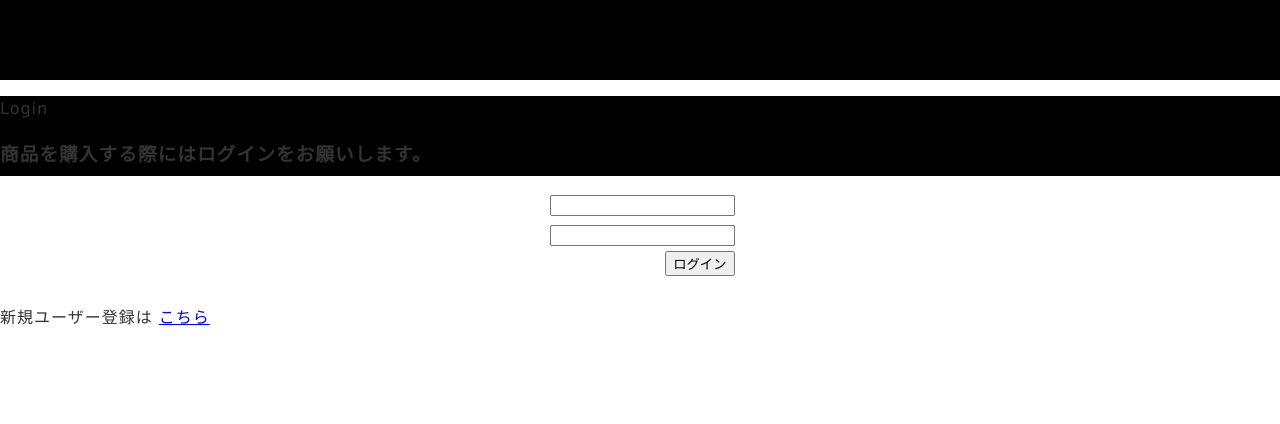
Repository: satoumtzk/test
Page: http://localhost/template/login.jsp
These files come from the project's save history. The page is drawn as it stood at one moment and after the next save; the edit follows.
The browser window is 1280 px wide. The pictures show the whole page.
The page is served by Tomcat 9. Other server files are loaded and not shown.

Above is the page before, as saved 2019-03-13 11:37:48.

### template/WebContent/login.jsp
<%@ page language="java" contentType="text/html; charset=UTF-8"
    pageEncoding="UTF-8"%>
   <%@ taglib prefix="s" uri="/struts-tags"%>
<!DOCTYPE html>
<html>
<head>
<meta http-equiv="Content-Type" content="text/html; charset=UTF-8">
<meta http-equiv="Content-Style-Type" content="text/css">
<meta http-equiv="Content-Script-Type" content="text/javascript"/>
<meta http-equiv="imagetoolbar" content="no"/>
<meta name="description" content=""/>
<meta name="keyword" content=""/>
<title>Login画面</title>

	<style type="text/css">
	/* =======TAG LAYOUT====== */
	body{
	 margin:0;
	 padding:0;
	 line-height:1.6;
	 letter-spacing:1px;
	 font-family:Verdana,Helvetica,sans-serif;
	 fint-size:12px;
	 color:#333;
	 background:#fff;
	 	}

	 table{
	 	text-align:center;
	 	margin:0 auto;
	 	}
/*=========ID LAYOUT======*/
	　#top{
		width:780px;
		margin:30px auto;
		border:1px solid #333;
		}

	#header{
		width:100%;
		height:80px;
		background-color:black;
		}

	 #main{
	 	width:100%;
	 	height:80px;
	 	background-color:black;
	 	clear:both;
	 }
	</style>
</head>
<body>
	<div id="header">
		<div id="pr">
		</div>
	</div>
	<div id="main">
		<div id="top">
		<p>Login</p>
		</div>
		<div>
			<h3>商品を購入する際にはログインをお願いします。</h3>
			<s:form action="LoginAction">
				<s:textfield name="loginUserId"/>
				<s:password name="loginPassword"/>
				<s:submit value="ログイン"/>
			</s:form>
			<br/>

		<div>
			<span>新規ユーザー登録は
				<a href='<s:url action="UserCreateAction"/>'>こちら</a>
			</span>
		  </div>
		</div>
	</div>
	<div id="footer">
			<div id="pr">
			</div>
	</div>
</body>
</html>

After the next save:
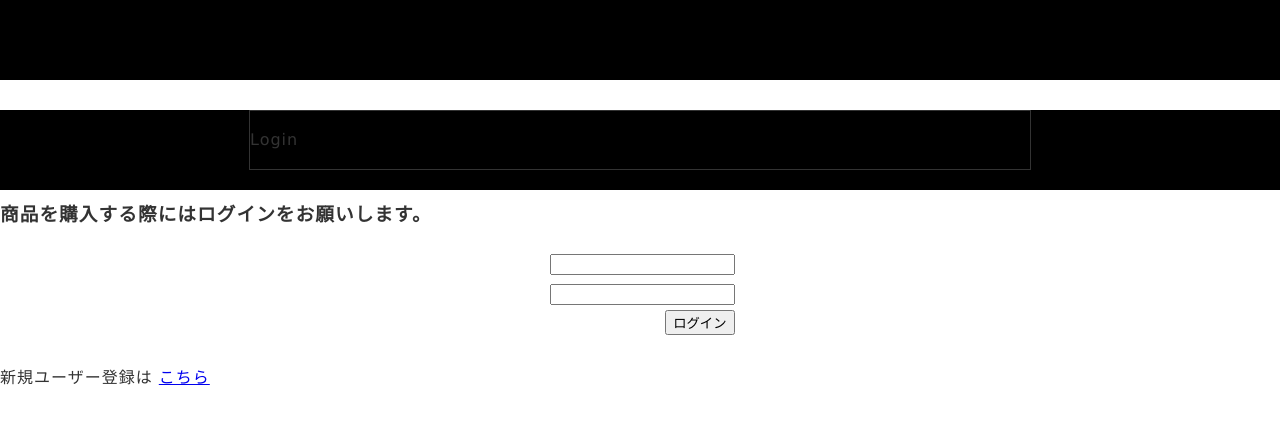
Saved 12 min 20 s later.
--- a/template/WebContent/login.jsp
+++ b/template/WebContent/login.jsp
@@ -30,7 +30,7 @@
 	 	margin:0 auto;
 	 	}
 /*=========ID LAYOUT======*/
-	　#top{
+	#top{
 		width:780px;
 		margin:30px auto;
 		border:1px solid #333;
